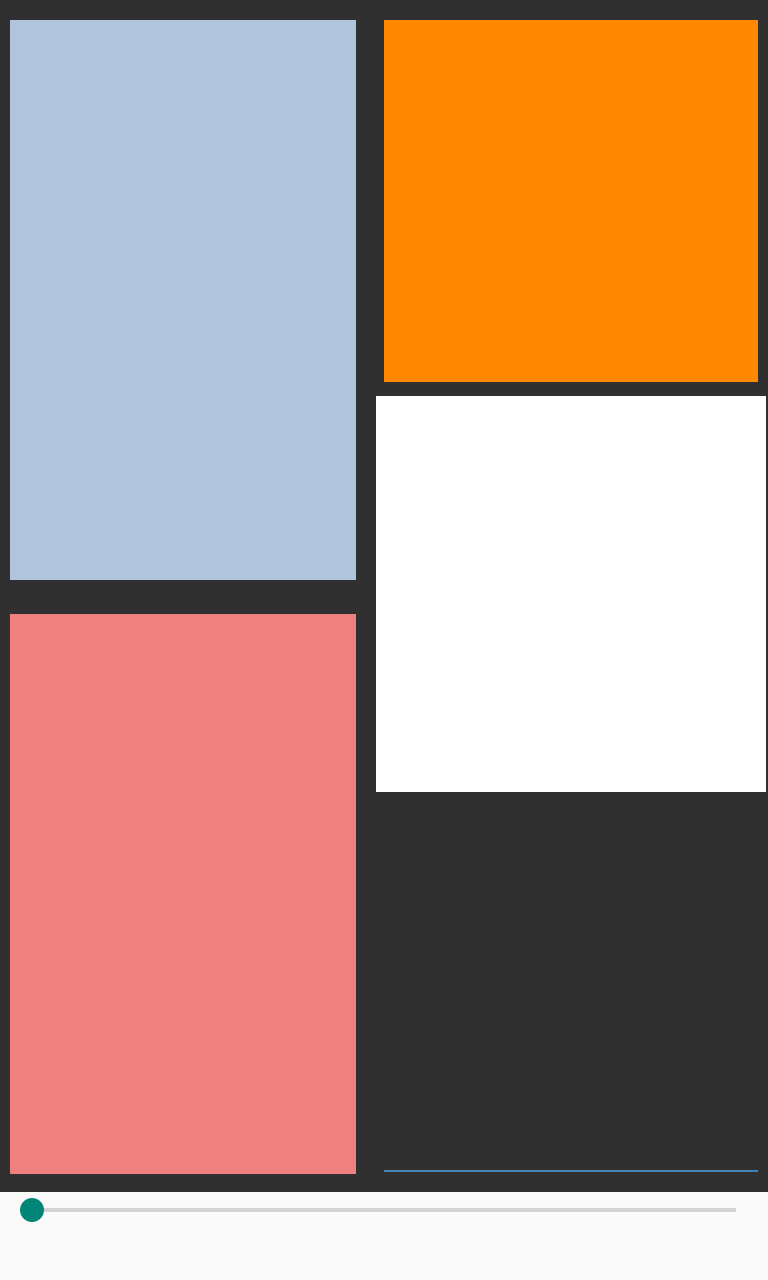
Repository: Damabiah0/public
Layout: androids/intentLab/ModerArtUI/res/layout/activity_master.xml
The author's editor kept a copy of each file at every save. The layout is drawn from the files as they stood at one save, then again after the next save.
It is drawn on a 768 x 1280 px phone screen (xhdpi) without system bars, with theme AppTheme; the app's code is not run.

Above is the layout before, as saved 2015-05-31 15:33:18.

### androids/intentLab/ModerArtUI/res/layout/activity_master.xml
<TableLayout xmlns:android="http://schemas.android.com/apk/res/android"
    xmlns:tools="http://schemas.android.com/tools"
    android:layout_width="fill_parent"
    android:layout_height="fill_parent"
    android:backgroundTint="@color/abc_background_cache_hint_selector_material_dark"
    android:orientation="horizontal"
    android:outlineProvider="background"
    android:stretchColumns="1"
    tools:context="org.coursera.moderartui.MasterActivity" >

    <TableRow
        android:layout_width="fill_parent"
        android:layout_height="fill_parent"
        android:layout_weight="19"
        android:background="@color/rosa"
        android:backgroundTint="@color/abc_background_cache_hint_selector_material_dark" >

        <LinearLayout
            android:id="@+id/LinearLayout0"
            android:layout_width="fill_parent"
            android:layout_height="fill_parent"
            android:layout_gravity="left"
            android:layout_margin="1dp"
            android:layout_weight="2"
            android:orientation="vertical" >

            <EditText
                android:id="@+id/editText01"
                android:layout_width="fill_parent"
                android:layout_height="fill_parent"
                android:layout_weight="2"
                android:backgroundTint="#B0C4DE"
                android:backgroundTintMode="screen"
                android:ems="10"
                android:inputType="textMultiLine"
                  android:clickable="false"
                android:enabled="false"
                android:linksClickable="false"
                android:scrollHorizontally="false"
                android:selectAllOnFocus="false">

            </EditText>

            <EditText
                android:id="@+id/editText02"
                android:layout_width="fill_parent"
                android:layout_height="fill_parent"
                android:layout_weight="2"
                android:backgroundTint="#F08080"
                android:backgroundTintMode="screen"
                android:ems="10"
                android:inputType="textMultiLine"
                  android:clickable="false"
                android:enabled="false"
                android:linksClickable="false"
                android:scrollHorizontally="false"
                android:selectAllOnFocus="false"/>
        </LinearLayout>

        <LinearLayout
            android:id="@+id/LinearLayout1"
            android:layout_width="fill_parent"
            android:layout_height="fill_parent"
            android:layout_gravity="right"
            android:layout_margin="1dp"
            android:layout_weight="1"
            android:orientation="vertical" >

            <EditText
                android:id="@+id/editText11"
                android:layout_width="fill_parent"
                android:layout_height="fill_parent"
                android:layout_weight="2"
                android:backgroundTint="@android:color/holo_orange_dark"
                android:backgroundTintMode="screen"
                android:ems="10"
                android:inputType="textMultiLine"
                  android:clickable="false"
                android:enabled="false"
                android:linksClickable="false"
                android:scrollHorizontally="false"
                android:selectAllOnFocus="false">

            </EditText>

            <EditText
                android:id="@+id/editText12"
                android:layout_width="fill_parent"
                android:layout_height="fill_parent"
                android:layout_weight="2"
                android:background="@color/rosa"
                android:backgroundTint="@android:color/background_light"

                android:ems="10"
                  android:clickable="false"
                android:enabled="false"
                android:linksClickable="false"
                android:scrollHorizontally="false"
                android:selectAllOnFocus="false"
                android:inputType="textMultiLine"
                android:visibility="visible" />

            <EditText
                android:id="@+id/editText13"
                android:layout_width="fill_parent"
                android:layout_height="fill_parent"
                android:layout_weight="2"
                android:backgroundTint="#4682B4"
                android:ems="10"
                android:inputType="textMultiLine"
                  android:clickable="false"
                android:enabled="false"
                android:linksClickable="false"
                android:scrollHorizontally="false"
                android:selectAllOnFocus="false"/>
        </LinearLayout>
    </TableRow>

  <TableRow
      android:layout_width="wrap_content"
      android:layout_height="wrap_content"
      android:layout_gravity="bottom"
      android:layout_weight="1"
      android:backgroundTint="@color/abc_background_cache_hint_selector_material_dark" >

      <SeekBar
          android:id="@+id/seekBar1"
          android:layout_width="wrap_content"
          android:layout_height="wrap_content"
          android:layout_weight="1"
          android:backgroundTint="@color/abc_background_cache_hint_selector_material_dark"
          android:max="100" />

   </TableRow>
</TableLayout>

### androids/intentLab/ModerArtUI/res/values/colors.xml
<?xml version="1.0" encoding="utf-8"?>
<resources>
    <color name="rosa">#FF00FF</color>
    <color />
</resources>

Loaded but not shown: androids/intentLab/ModerArtUI/res/values/styles.xml (common file); androids/intentLab/ModerArtUI/res/values-v11/styles.xml (common file); androids/intentLab/ModerArtUI/res/values-v14/styles.xml (common file)

After the next save:
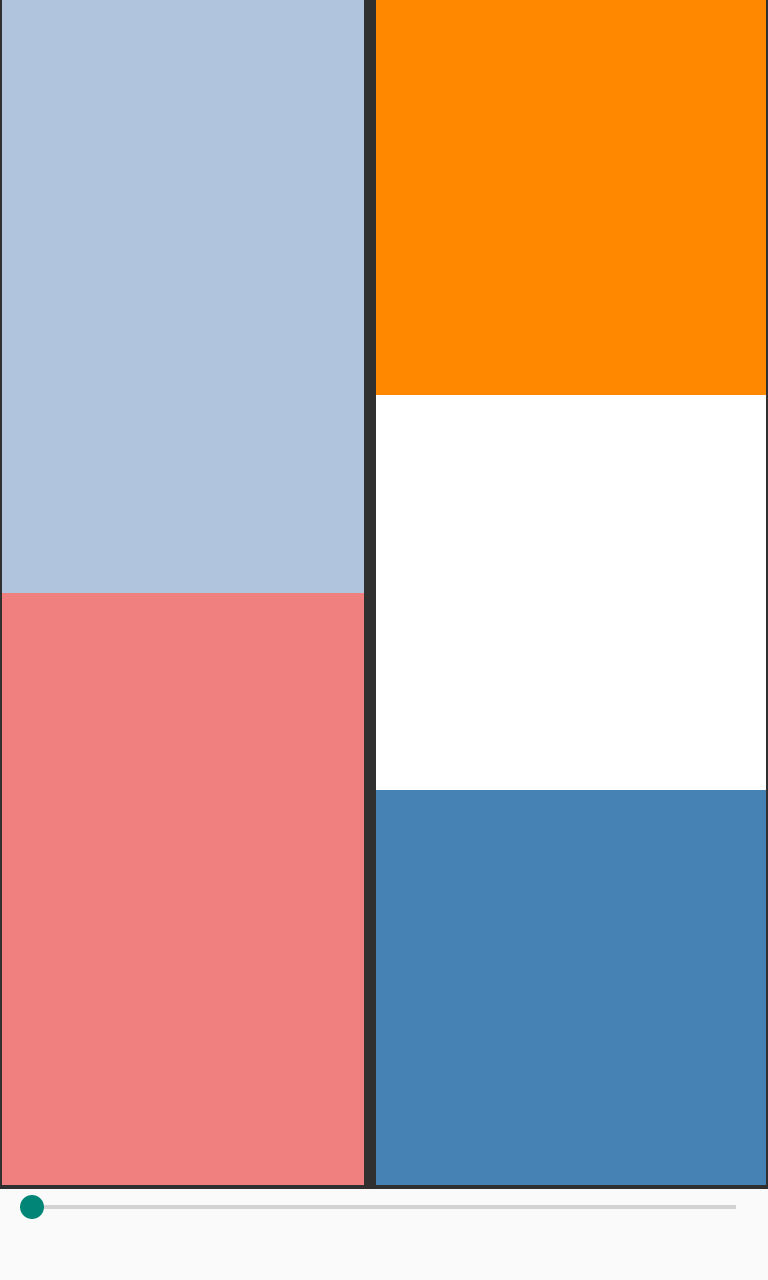
Saved 2 min 30 s later.
--- a/androids/intentLab/ModerArtUI/res/layout/activity_master.xml
+++ b/androids/intentLab/ModerArtUI/res/layout/activity_master.xml
@@ -29,15 +29,15 @@
                 android:layout_width="fill_parent"
                 android:layout_height="fill_parent"
                 android:layout_weight="2"
-                android:backgroundTint="#B0C4DE"
+                android:background="#B0C4DE"
                 android:backgroundTintMode="screen"
+                android:clickable="false"
                 android:ems="10"
+                android:enabled="false"
                 android:inputType="textMultiLine"
-                  android:clickable="false"
-                android:enabled="false"
                 android:linksClickable="false"
                 android:scrollHorizontally="false"
-                android:selectAllOnFocus="false">
+                android:selectAllOnFocus="false" >
 
             </EditText>
 
@@ -46,15 +46,16 @@
                 android:layout_width="fill_parent"
                 android:layout_height="fill_parent"
                 android:layout_weight="2"
-                android:backgroundTint="#F08080"
+                android:background="#F08080"
                 android:backgroundTintMode="screen"
+                android:clickable="false"
                 android:ems="10"
+                android:enabled="false"
                 android:inputType="textMultiLine"
-                  android:clickable="false"
-                android:enabled="false"
                 android:linksClickable="false"
                 android:scrollHorizontally="false"
-                android:selectAllOnFocus="false"/>
+                android:selectAllOnFocus="false" />
+
         </LinearLayout>
 
         <LinearLayout
@@ -71,15 +72,15 @@
                 android:layout_width="fill_parent"
                 android:layout_height="fill_parent"
                 android:layout_weight="2"
-                android:backgroundTint="@android:color/holo_orange_dark"
+                android:background="@android:color/holo_orange_dark"
                 android:backgroundTintMode="screen"
+                android:clickable="false"
                 android:ems="10"
+                android:enabled="false"
                 android:inputType="textMultiLine"
-                  android:clickable="false"
-                android:enabled="false"
                 android:linksClickable="false"
                 android:scrollHorizontally="false"
-                android:selectAllOnFocus="false">
+                android:selectAllOnFocus="false" >
 
             </EditText>
 
@@ -105,14 +106,15 @@
                 android:layout_width="fill_parent"
                 android:layout_height="fill_parent"
                 android:layout_weight="2"
-                android:backgroundTint="#4682B4"
+                android:background="#4682B4"
+                android:clickable="false"
                 android:ems="10"
+                android:enabled="false"
                 android:inputType="textMultiLine"
-                  android:clickable="false"
-                android:enabled="false"
                 android:linksClickable="false"
                 android:scrollHorizontally="false"
-                android:selectAllOnFocus="false"/>
+                android:selectAllOnFocus="false" />
+
         </LinearLayout>
     </TableRow>
 
@@ -120,8 +122,7 @@
       android:layout_width="wrap_content"
       android:layout_height="wrap_content"
       android:layout_gravity="bottom"
-      android:layout_weight="1"
-      android:backgroundTint="@color/abc_background_cache_hint_selector_material_dark" >
+      android:layout_weight="1" >
 
       <SeekBar
           android:id="@+id/seekBar1"
